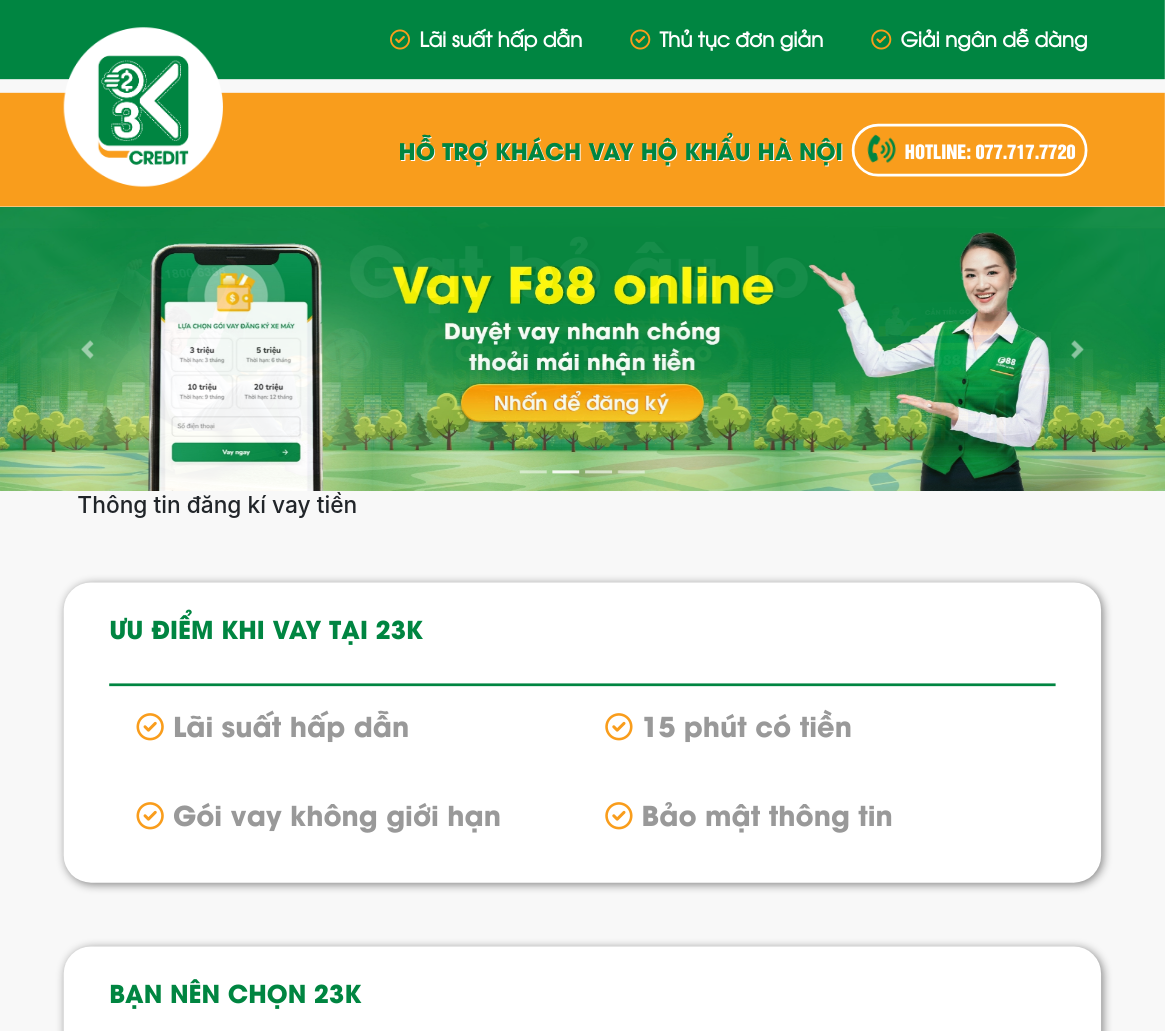
Repository: anhtu2110/23k.vn
Page: theme/index.html
The author's editor kept a copy of each file at every save. The page is drawn from the files as they stood at one save, then again after the next save.
The browser window is 1280 px wide. The pictures show the part of the page from y = 0 to 1133 px (the page is 1974 px tall before and 2019 px after), at 91% of full size.
A picture or video elsewhere on the page could not be fetched, so the positions and the page height are approximate.

Above is the page before, as saved 2022-12-29 22:58:17.

After the next save:
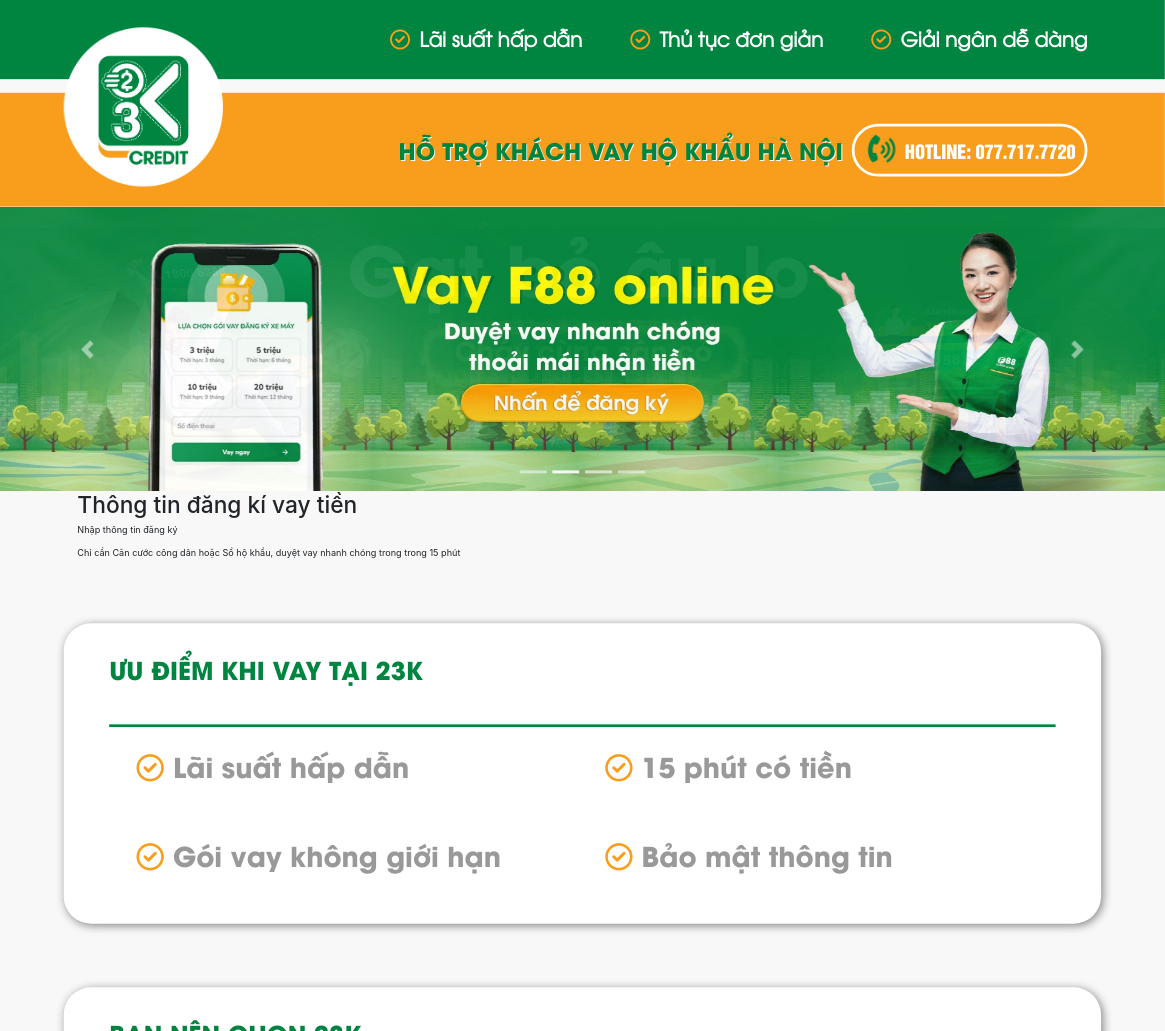
Saved 3 min 42 s later.
--- a/theme/index.html
+++ b/theme/index.html
@@ -103,6 +103,13 @@
             <div id="wp-info-reg">
                 <div class="container">
                     <h1>Thông tin đăng kí vay tiền</h1>
+                    <div id="wp-form-reg">
+                        <div class="form-reg-title">
+                            <p>Nhập thông tin đăng ký</p>
+                            <p class="condition-reg">Chỉ cần Căn cước công dân hoặc Sổ hộ khẩu, duyệt vay nhanh chóng
+                                trong <span>trong 15 phút</span></p>
+                        </div>
+                    </div>
                 </div>
             </div>
             <!-- END WP-info-REG  -->
